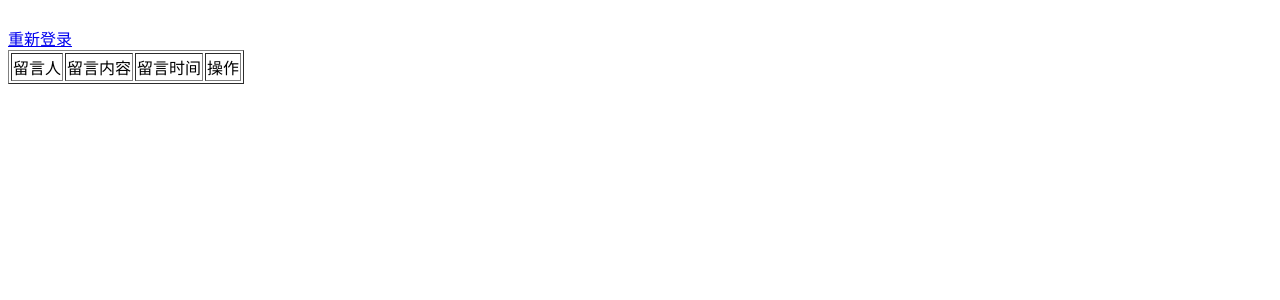
Repository: suxiaohutot/PHP
Page: http://localhost/liuyanlist.php
The author's editor kept a copy of each file at every save. The page is drawn from the files as they stood at one save, then again after the next save.
The browser window is 1280 px wide. The pictures show the whole page.
The page is run by PHP 8.4 with error messages shown; the project is at /var/www/html/. Queries for data that is not in the repository find no rows.

Above is the page before, as saved 2019-10-25 07:07:36.

After the next save:
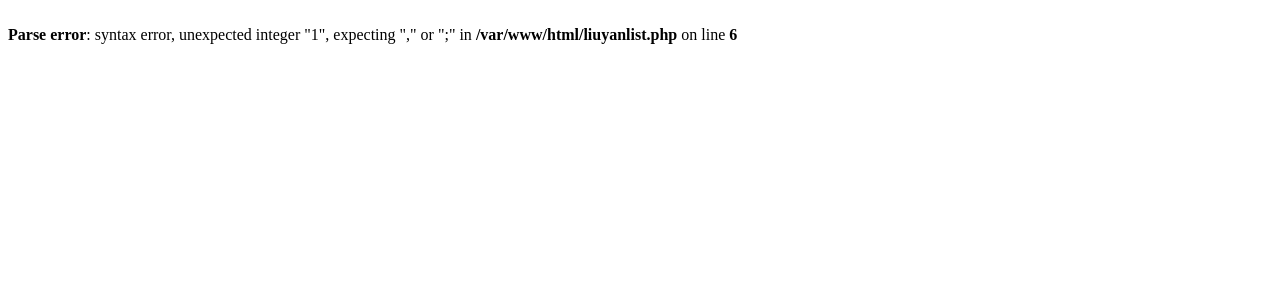
Saved 75 s later.
--- a/test/liuyanlist.php
+++ b/test/liuyanlist.php
@@ -3,14 +3,15 @@
 $sqli="select * from liuyan";
 dbcon();
 $seti=mysqli_query($dbcon, $sqli);
-?>
-<table border="1">
+echo "<table border="1">
 		<tr>
 			<td>留言人</td>
 			<td>留言内容</td>
 			<td>留言时间</td>
 			<td>操作</td>
-		</tr>
+		</tr>	";
+?>
+
 <?php
 while ($reut=mysqli_fetch_assoc($seti)){
     $time=$reut['time'];

After the save that followed:
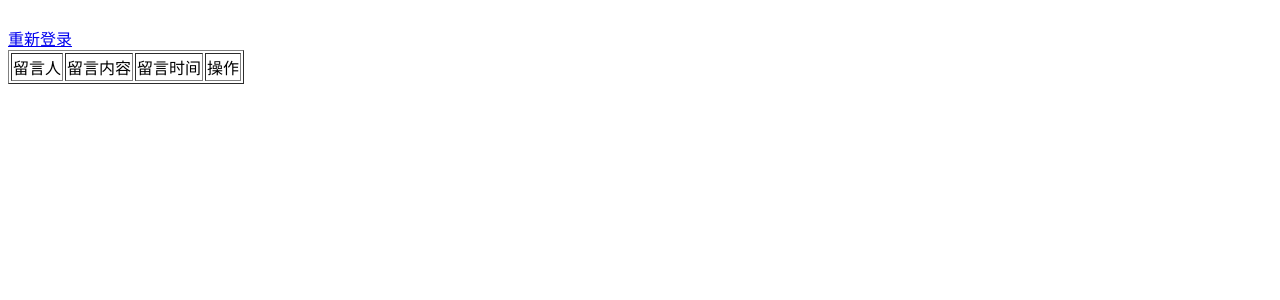
Saved 8 s later.
--- a/test/liuyanlist.php
+++ b/test/liuyanlist.php
@@ -3,7 +3,7 @@
 $sqli="select * from liuyan";
 dbcon();
 $seti=mysqli_query($dbcon, $sqli);
-echo "<table border="1">
+echo "<table border='1'>
 		<tr>
 			<td>留言人</td>
 			<td>留言内容</td>
